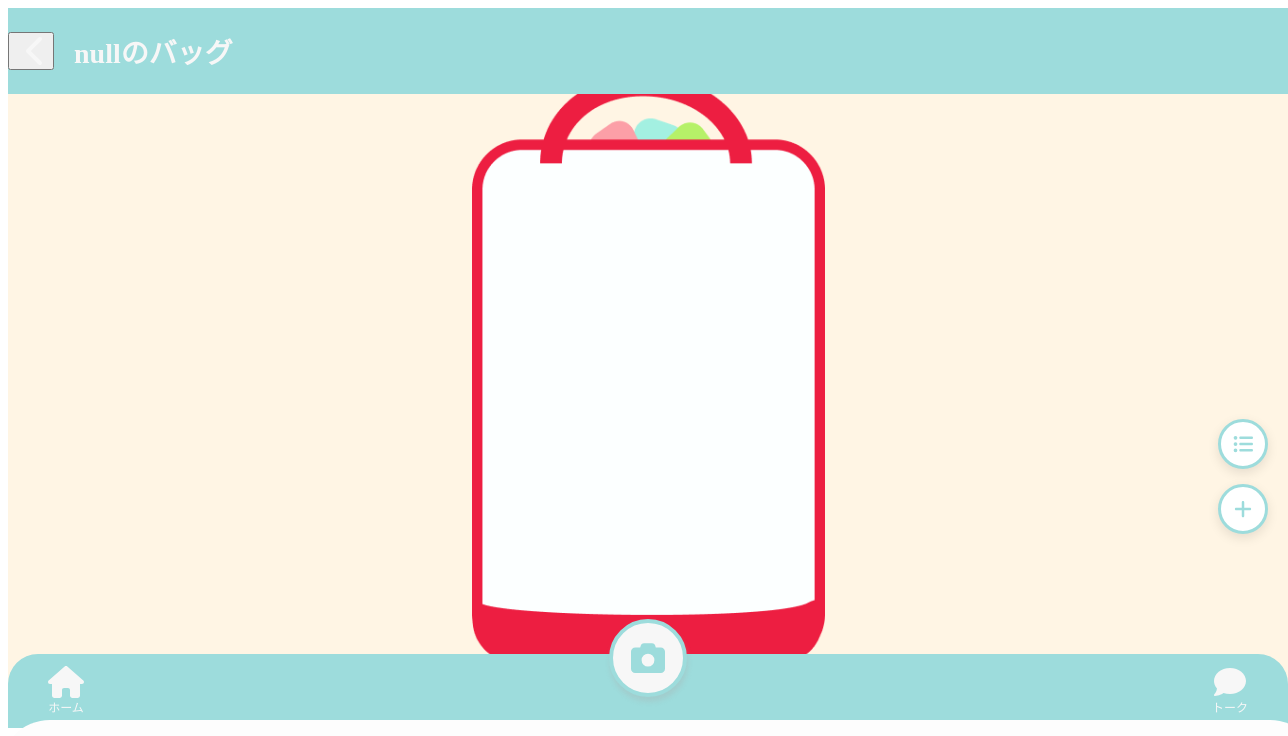
Repository: yamagataYK/pair-bag
Page: /bag
These files come from the project's save history. The page is drawn as it stood at one moment and after the next save; the edit follows.
The browser window is 1280 px wide. The page is 1288 px wide, so the pictures cover 1288 px, including what lies to the right of the window. The pictures show the whole page.
The project was rebuilt for these pictures with package versions that can differ from the ones it lists, and the page was loaded fresh each time. The framework's server and built-in components were replaced by stand-ins that run in the browser. Also part of the build but not shown: next.config.ts.

Above is the page before, as saved 2025-07-17 15:58:25.

After the next save:
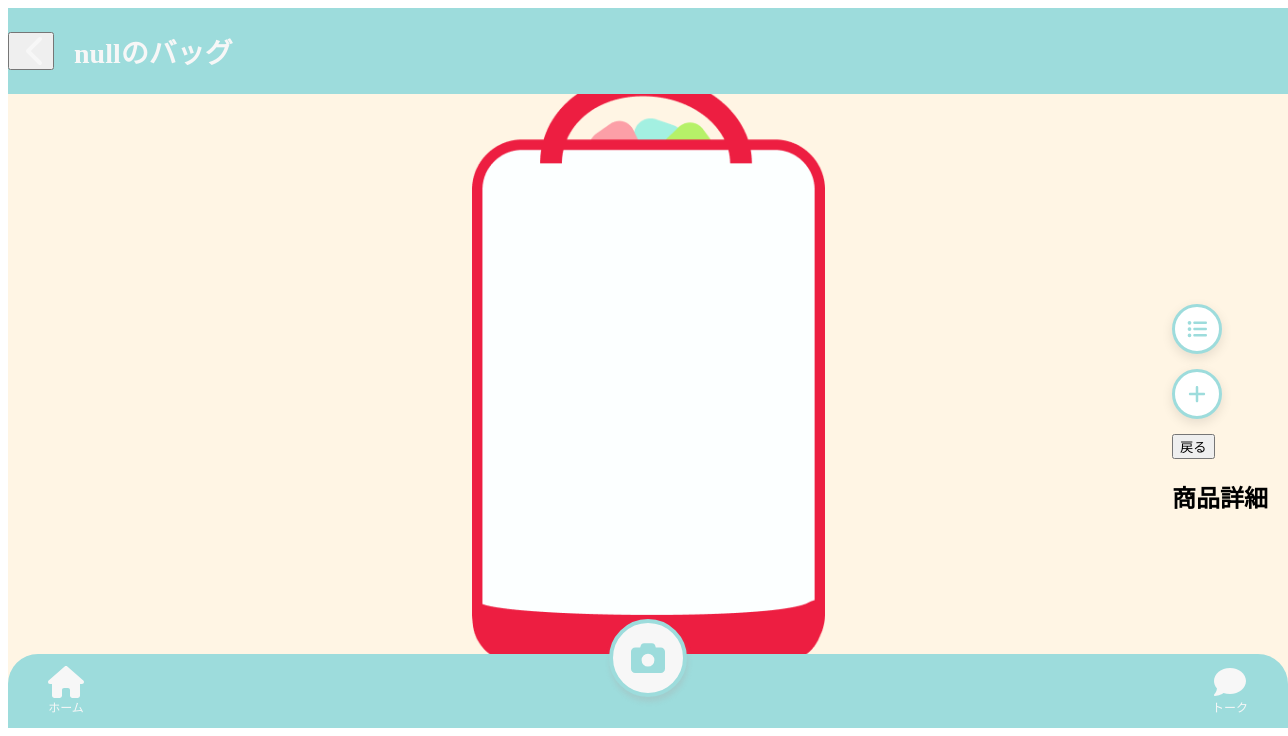
Saved 19 s later.
--- a/src/components/modal.module.css
+++ b/src/components/modal.module.css
@@ -27,7 +27,7 @@
 
 
 
-.modalStyle {
+.modalWrap {
     position: fixed;
     bottom: 0;
     left: 0;

After the 3 saves that followed:
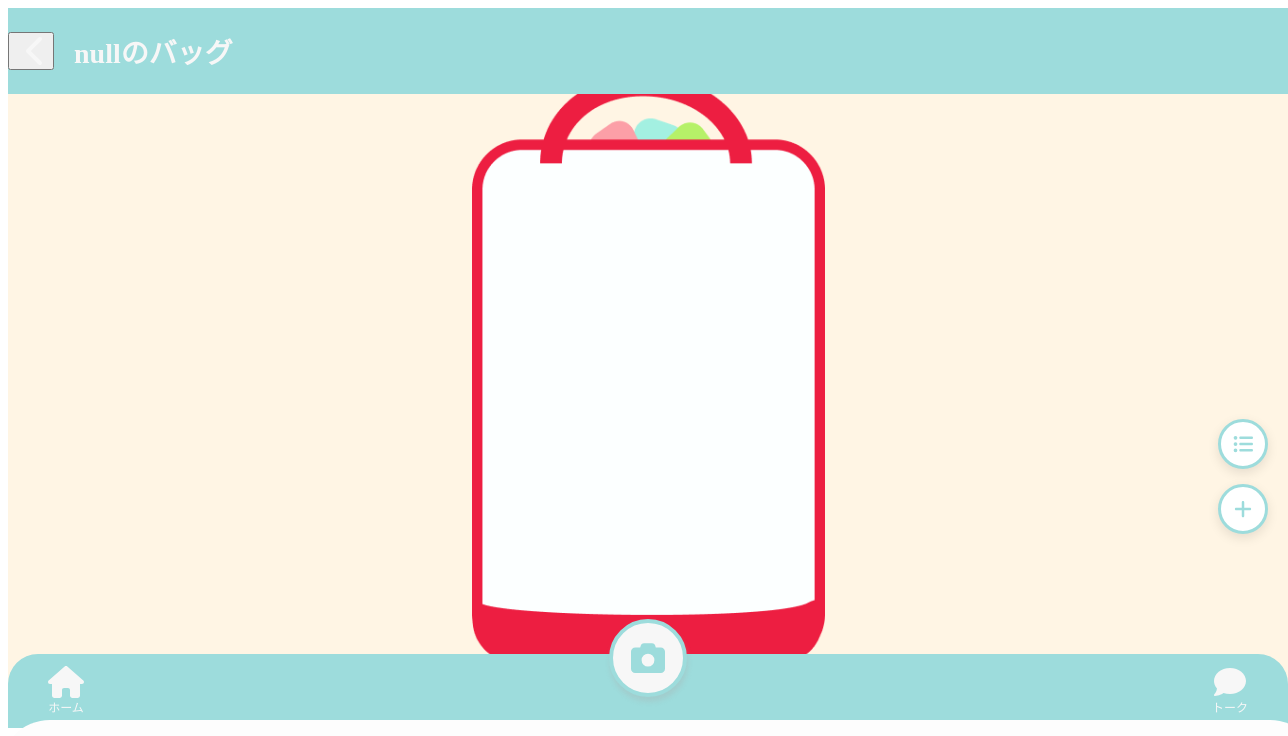
The 3 saves are shown as one change because 2 left the picture as it was.
The last was saved 51 s later.
--- a/src/components/modal.tsx
+++ b/src/components/modal.tsx
@@ -26,10 +26,10 @@ export default function Modal() {
                 ${isOpen ? styles.modalOpen : ''}`}>
 
 
-                <div>
-                    <button onClick={toggleModal}>戻る</button>
-                    <h2>商品詳細</h2>
-                </div>
+
+                <button onClick={toggleModal}>戻る</button>
+                <h2>商品詳細</h2>
+
             </div>
 
         </>
--- a/src/components/modal.module.css
+++ b/src/components/modal.module.css
@@ -27,7 +27,7 @@
 
 
 
-.modalWrap {
+.modalStyle {
     position: fixed;
     bottom: 0;
     left: 0;
